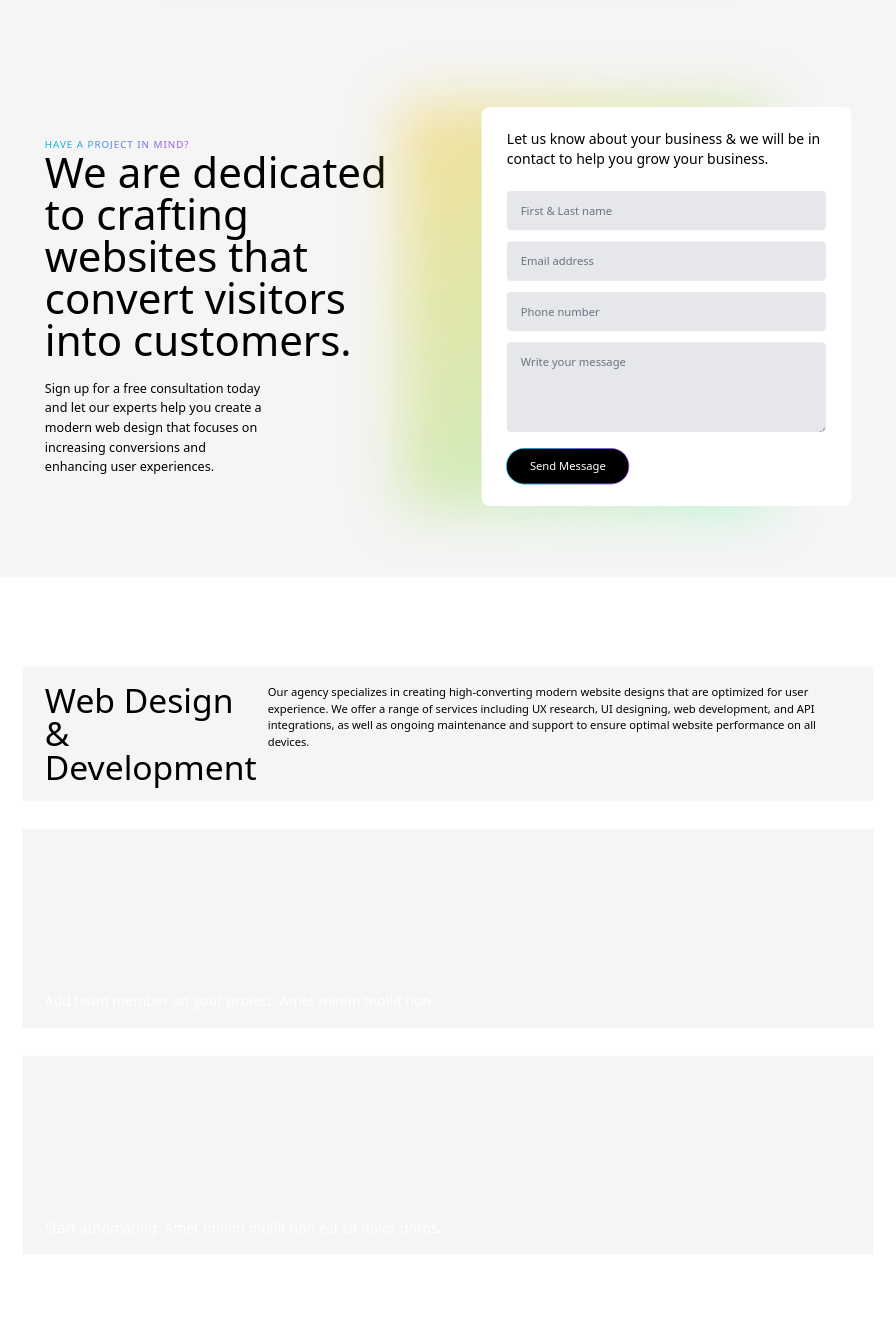
Repository: ornelasedward/mired_website
Page: /
An editor plug-in stored every save of this project. The page is shown before and after the next save, followed by the edit.
The browser window is 1280 px wide. The pictures show the part of the page from y = 1210 to 3130 px (the page is 3130 px tall before and 3122 px after), at 70% of full size.
The project was rebuilt for these pictures with package versions that can differ from the ones it lists, and the page was loaded fresh each time. The framework's server and built-in components were replaced by stand-ins that run in the browser. Also part of the build but not shown: next.config.js.

Above is the page before, as saved 2023-03-28 19:54:25.

### app/layout.tsx
import "./globals.css";

export const metadata = {
  title: "Mired",
  description: "Web design and development services",
};

export default function RootLayout({
  children,
}: {
  children: React.ReactNode;
}) {
  return (
    <html lang="en" className="bg-[#F5F5F5]">
      <body>{children}</body>
    </html>
  );
}

### app/page.tsx
import Header from "@/components/Header";
import Hero from "@/components/Hero";
import Services from "@/components/Services";
import CTA from "@/components/CTA";
import { Inter } from "next/font/google";
import Testimonial from "@/components/Testimonials";
import FAQ from "@/components/FAQ";
import Contact from "@/components/Contact";
import Footer from "@/components/Footer";

const inter = Inter({ subsets: ["latin"] });

export default function Home() {
  return (
    <main>
      <Hero />
      <Header />
      <Services />
      {/*  <CTA />
      <Testimonial />
      <FAQ />
      <Contact />
      <Footer /> */}
    </main>
  );
}

### components/Header.tsx
export default function Header() {
  return (
    <section className="py-12 overflow-hidden sm:py-16 lg:py-20 xl:py-24">
      <div className="px-4 mx-auto max-w-7xl sm:px-6 lg:px-8">
        <div className="grid max-w-6xl grid-cols-1 mx-auto gap-y-12 lg:grid-cols-2 lg:gap-x-16 xl:gap-x-24">
          <div className="relative flex flex-col justify-between max-w-lg lg:py-12 lg:max-w-none">
            <div className="flex-1">
              <p className="text-sm font-normal tracking-widest uppercase">
                <span className="text-transparent bg-clip-text bg-gradient-to-r from-cyan-500 to-purple-500">
                  {" "}
                  Have a project in mind?{" "}
                </span>
              </p>
            </div>

            <div className="mt-6 lg:mt-auto">
              <h2 className="text-3xl font-normal text-black sm:text-4xl lg:text-5xl xl:text-6xl">
                We are dedicated to crafting websites that convert visitors into
                customers.
              </h2>
              <p className="mt-4 text-base font-normal text-black lg:max-w-xs sm:text-lg sm:mt-6">
                Sign up for a free consultation today and let our experts help
                you create a modern web design that focuses on increasing
                conversions and enhancing user experiences.
              </p>
            </div>
          </div>

          <div className="relative flex items-center justify-center">
            <div className="absolute right-1/4 transform translate-x-4 -translate-y-1/2 top-1/2 bg-gradient-to-br from-[#F7BE08] to-[#55F5A3] w-full h-full blur-2xl opacity-40" />

            <div className="relative overflow-hidden bg-white rounded-xl">
              <div className="p-6 sm:py-8 sm:px-9">
                <p className="text-xl font-normal text-black">
                  Let us know about your business & we will be in contact to
                  help you grow your business.
                </p>

                <form action="#" method="POST" className="mt-8 space-y-4">
                  <div>
                    <label for="" className="sr-only">
                      {" "}
                      Full name{" "}
                    </label>
                    <div>
                      <input
                        type="text"
                        name=""
                        id=""
                        placeholder="First & Last name"
                        className="block w-full px-5 py-4 text-base text-black placeholder-gray-500 bg-gray-200 rounded-md focus:border-black focus:ring-1 focus:ring-black"
                      />
                    </div>
                  </div>

                  <div>
                    <label for="" className="sr-only">
                      {" "}
                      Email address{" "}
                    </label>
                    <div>
                      <input
                        type="email"
                        name=""
                        id=""
                        placeholder="Email address"
                        className="block w-full px-5 py-4 text-base text-black placeholder-gray-500 bg-gray-200 rounded-md focus:border-black focus:ring-1 focus:ring-black"
                      />
                    </div>
                  </div>

                  <div>
                    <label for="" className="sr-only">
                      {" "}
                      Phone number{" "}
                    </label>
                    <div>
                      <input
                        type="tel"
                        name=""
                        id=""
                        placeholder="Phone number"
                        className="block w-full px-5 py-4 text-base text-black placeholder-gray-500 bg-gray-200 rounded-md focus:border-black focus:ring-1 focus:ring-black"
                      />
                    </div>
                  </div>

                  <div>
                    <label for="" className="sr-only">
                      {" "}
                      Message{" "}
                    </label>
                    <div>
                      <textarea
                        name=""
                        id=""
                        placeholder="Write your message"
                        rows="4"
                        className="block w-full px-5 py-4 text-base text-black placeholder-gray-500 bg-gray-200 rounded-md focus:border-black focus:ring-1 focus:ring-black"
                      ></textarea>
                    </div>
                  </div>

                  <div>
                    <div className="relative inline-flex mt-2 group">
                      <div className="absolute transition-all duration-200 rounded-[2rem] -inset-px bg-gradient-to-r from-cyan-500 to-purple-500 group-hover:shadow-lg group-hover:shadow-cyan-500/50"></div>
                      <button
                        type="button"
                        className="relative inline-flex items-center justify-center px-8 py-3 text-base font-normal text-white bg-black border border-transparent rounded-[2rem]"
                        role="button"
                      >
                        Send Message
                      </button>
                    </div>
                  </div>
                </form>
              </div>
            </div>
          </div>
        </div>
      </div>
    </section>
  );
}

### components/Hero.tsx
import Image from "next/image";
import Link from "next/link";
import header from "../images/header.png";
import Logo from "../images/Logo.png";

export default function Hero() {
  return (
    <div className="overflow-x-hidden">
      <header className="py-4 md:py-6" x-data="{expanded: false}">
        <div className="container px-4 mx-auto sm:px-6 lg:px-8">
          <div className="flex items-center justify-between">
            <div className="flex-shrink-0">
              <Link
                href="#"
                title=""
                className="flex rounded outline-none focus:ring-1 focus:ring-gray-900 focus:ring-offset-2"
              >
                <Image
                  className="w-auto h-9"
                  src={Logo}
                  alt=""
                  width={100}
                  height={100}
                />
              </Link>
            </div>

            <div className="flex lg:hidden">
              <button type="button" className="text-gray-900">
                <span x-show="!expanded" aria-hidden="true">
                  <svg
                    className="w-7 h-7"
                    xmlns="http://www.w3.org/2000/svg"
                    fill="none"
                    viewBox="0 0 24 24"
                    stroke="currentColor"
                  >
                    <path
                      stroke-linecap="round"
                      stroke-linejoin="round"
                      stroke-width="1.5"
                      d="M4 6h16M4 12h16M4 18h16"
                    />
                  </svg>
                </span>

                <span x-show="expanded" aria-hidden="true">
                  <svg
                    className="w-7 h-7"
                    xmlns="http://www.w3.org/2000/svg"
                    fill="none"
                    viewBox="0 0 24 24"
                    stroke="currentColor"
                  >
                    <path
                      stroke-linecap="round"
                      stroke-linejoin="round"
                      stroke-width="2"
                      d="M6 18L18 6M6 6l12 12"
                    />
                  </svg>
                </span>
              </button>
            </div>

            <div className="hidden lg:flex lg:ml-16 lg:items-center lg:justify-center lg:space-x-10 xl:space-x-12">
              <Link
                href="#"
                title=""
                className="text-base font-medium text-gray-900 transition-all duration-200 rounded focus:outline-none font-pj hover:text-opacity-50 focus:ring-1 focus:ring-gray-900 focus:ring-offset-2 p-2"
              >
                Home
              </Link>

              <Link
                href="#"
                title=""
                className="text-base font-medium text-gray-900 transition-all duration-200 rounded focus:outline-none font-pj hover:text-opacity-50 focus:ring-1 focus:ring-gray-900 focus:ring-offset-2 p-2"
              >
                About
              </Link>

              <Link
                href="#"
                title=""
                className="text-base font-medium text-gray-900 transition-all duration-200 rounded focus:outline-none font-pj hover:text-opacity-50 focus:ring-1 focus:ring-gray-900 focus:ring-offset-2 p-2"
              >
                Services
              </Link>
              <Link
                href="#"
                title=""
                className="text-base font-medium text-gray-900 transition-all duration-200 rounded focus:outline-none font-pj hover:text-opacity-50 focus:ring-1 focus:ring-gray-900 focus:ring-offset-2 p-2"
              >
                Our work
              </Link>
              <Link
                href="#"
                title=""
                className="text-base font-medium text-gray-900 transition-all duration-200 rounded focus:outline-none font-pj hover:text-opacity-50 focus:ring-1 focus:ring-gray-900 focus:ring-offset-2 p-2"
              >
                FAQ
              </Link>
            </div>

            <div className="hidden lg:ml-auto lg:flex lg:items-center lg:space-x-10">
              <Link href="/" title="">
                <button
                  className="inline-flex items-center justify-center px-6 py-3 text-base font-normal leading-7 text-black transition-all duration-200 bg-transparent border-[2px] border-black rounded-[2rem] font-inter cursor-pointer focus:outline-none focus:ring-2 focus:ring-offset-2 focus:ring-gray-900 hover:bg-gray-900 focus:bg-gray-900 hover:text-white focus:text-white hover:border-gray-900 focus:border-gray-900"
                  role="button"
                >
                  <h1>Work with us</h1>
                  <svg
                    xmlns="http://www.w3.org/2000/svg"
                    fill="none"
                    viewBox="0 0 24 24"
                    stroke-width="1.5"
                    stroke="currentColor"
                    className="w-auto h-8 items-center pt-1 pl-2"
                  >
                    <path
                      stroke-linecap="round"
                      stroke-linejoin="round"
                      d="M17.25 8.25L21 12m0 0l-3.75 3.75M21 12H3"
                    />
                  </svg>
                </button>
              </Link>
            </div>
          </div>

          {/* <nav x-show="expanded" x-collapse>
            <div className="px-1 py-8">
              <div className="grid gap-y-7">
                <Link
                  href="#"
                  title=""
                  className="flex items-center p-3 -m-3 text-base font-medium text-gray-900 transition-all duration-200 rounded-xl hover:bg-gray-50 focus:outline-none font-pj focus:ring-1 focus:ring-gray-900 focus:ring-offset-2"
                >
                  {" "}
                  Features{" "}
                </Link>

                <Link
                  href="#"
                  title=""
                  className="flex items-center p-3 -m-3 text-base font-medium text-gray-900 transition-all duration-200 rounded-xl hover:bg-gray-50 focus:outline-none font-pj focus:ring-1 focus:ring-gray-900 focus:ring-offset-2"
                >
                  {" "}
                  Pricing{" "}
                </Link>

                <Link
                  href="#"
                  title=""
                  className="flex items-center p-3 -m-3 text-base font-medium text-gray-900 transition-all duration-200 rounded-xl hover:bg-gray-50 focus:outline-none font-pj focus:ring-1 focus:ring-gray-900 focus:ring-offset-2"
                >
                  {" "}
                  Automation{" "}
                </Link>

                <Link
                  href="#"
                  title=""
                  className="flex items-center p-3 -m-3 text-base font-medium text-gray-900 transition-all duration-200 rounded-xl hover:bg-gray-50 focus:outline-none font-pj focus:ring-1 focus:ring-gray-900 focus:ring-offset-2"
                >
                  {" "}
                  Customer Login{" "}
                </Link>

                <Link
                  href="#"
                  title=""
                  className="inline-flex items-center justify-center px-6 py-3 text-base font-bold leading-7 text-white transition-all duration-200 bg-gray-900 border border-transparent rounded-xl hover:bg-gray-600 font-pj focus:outline-none focus:ring-2 focus:ring-offset-2 focus:ring-gray-900"
                  role="button"
                >
                  Sign up
                </Link>
              </div>
            </div>
          </nav> */}
        </div>
      </header>

      <section className="pt-12 sm:pt-16">
        <div className="px-4 mx-auto max-w-7xl sm:px-6 lg:px-8">
          <div className="max-w-4xl mx-auto text-center">
            <div className="flex flex-col gap-4">
              <h1 className="mt-5 text-4xl font-light leading-tight text-gray-900 sm:leading-tight sm:text-5xl lg:text-6xl lg:leading-tight font-pj">
                Boost your online success with our data-driven
                <span className="relative inline-flex sm:inline">
                  {/* <span className="bg-gradient-to-r from-[#44BCFF] via-[#FF44EC] to-[#FF675E] blur-lg filter opacity-30 w-full h-full absolute inset-0"></span> */}
                  <span className="relative"> solutions </span>
                </span>
              </h1>
              <p className="px-6 text-lg text-gray-600 font-inter">
                Get the website you&apos;ve always wanted and the conversions{" "}
                you deserve with our
                <br /> full-service agency.
              </p>
            </div>
            <div className="px-8 sm:items-center sm:justify-center sm:px-0 sm:space-x-5 sm:flex mt-9">
              <Link
                href="#"
                title=""
                className="inline-flex items-center justify-center w-full px-8 py-3 text-lg font-bold text-black transition-all duration-200 bg-[#F8D44C] border-2 border-transparent sm:w-auto rounded-[2rem] font-pj hover:bg-gray-600 hover:text-white focus:bg-gray-600 focus:text-white focus:outline-none focus:ring-2 focus:ring-offset-2 focus:ring-gray-900"
                role="button"
              >
                Book a consultation
              </Link>

              <Link
                href="#"
                title=""
                className="inline-flex items-center justify-center w-full px-6 py-3 mt-4 text-lg font-bold text-black transition-all duration-200 border-2 border-black sm:w-auto sm:mt-0 rounded-[2rem] font-pj focus:outline-none focus:ring-2 focus:ring-offset-2 focus:ring-gray-900 hover:bg-gray-900 focus:bg-gray-900 hover:text-white focus:text-white hover:border-gray-900 focus:border-gray-900"
                role="button"
              >
                Take our quiz
                <svg
                  className="w-5 h-5 mr-2 pt-1"
                  viewBox="0 0 18 18"
                  fill="none"
                  stroke="currentColor"
                  xmlns="http://www.w3.org/2000/svg"
                >
                  <path
                    d="M8.18003 13.4261C6.8586 14.3918 5 13.448 5 11.8113V5.43865C5 3.80198 6.8586 2.85821 8.18003 3.82387L12.5403 7.01022C13.6336 7.80916 13.6336 9.44084 12.5403 10.2398L8.18003 13.4261Z"
                    stroke-width="2"
                    stroke-miterlimit="10"
                    stroke-linecap="round"
                    stroke-linejoin="round"
                  />
                </svg>
              </Link>
            </div>
          </div>
        </div>
        <div className="absolute bottom-1/2 left-1/4 w-2/3 h-full rounded-full bg-[#55F5A3] opacity-80 blur-3xl filter -z-10" />
        <div className="absolute bottom-1/4 right-0 w-1/4 h-full rounded-full bg-[#F1CB00] opacity-50 blur-3xl filter -z-10" />
        <div className="py-12">
          <div className="">
            <Image
              className="m-auto"
              src={header}
              alt=""
              width={900}
              height={900}
            />
          </div>
        </div>
      </section>
    </div>
  );
}

### components/Services.tsx
import Image from "next/image";

export default function Services() {
  return (
    <div className="bg-white">
      <div className="relative px-4 mx-auto sm:px-6 lg:px-8 max-w-7xl">
        <div className="grid grid-cols-1 gap-10 py-32">
          <div className="bg-[#F5F5F5]">
            <div className="p-6 sm:px-8 flex flex-row gap-4">
              <h1 className="text-5xl font-normal text-black">
                Web Design & Development
              </h1>
              <p className="text-md">
                Our agency specializes in creating high-converting modern
                website designs that are optimized for user experience. We offer
                a range of services including UX research, UI designing, web
                development, and API integrations, as well as ongoing
                maintenance and support to ensure optimal website performance on
                all devices.
              </p>
            </div>
          </div>

          <div className="bg-[#F5F5F5]">
            <div className="p-6 sm:px-8">
              <p className="mt-12 text-xl font-normal text-white lg:mt-32 xl:mt-52">
                Add team member on your project. Amet minim mollit non.
              </p>
            </div>
          </div>

          <div className="bg-[#F5F5F5]">
            <div className="p-6 sm:px-8">
              <p className="mt-12 text-xl font-normal text-white lg:mt-32 xl:mt-52">
                Start automating. Amet minim mollit non est sit dolor doros.
              </p>
            </div>
          </div>
        </div>
      </div>
    </div>
  );
}

Loaded but not shown: app/globals.css (common file); tailwind.config.js (common file)

After the next save:
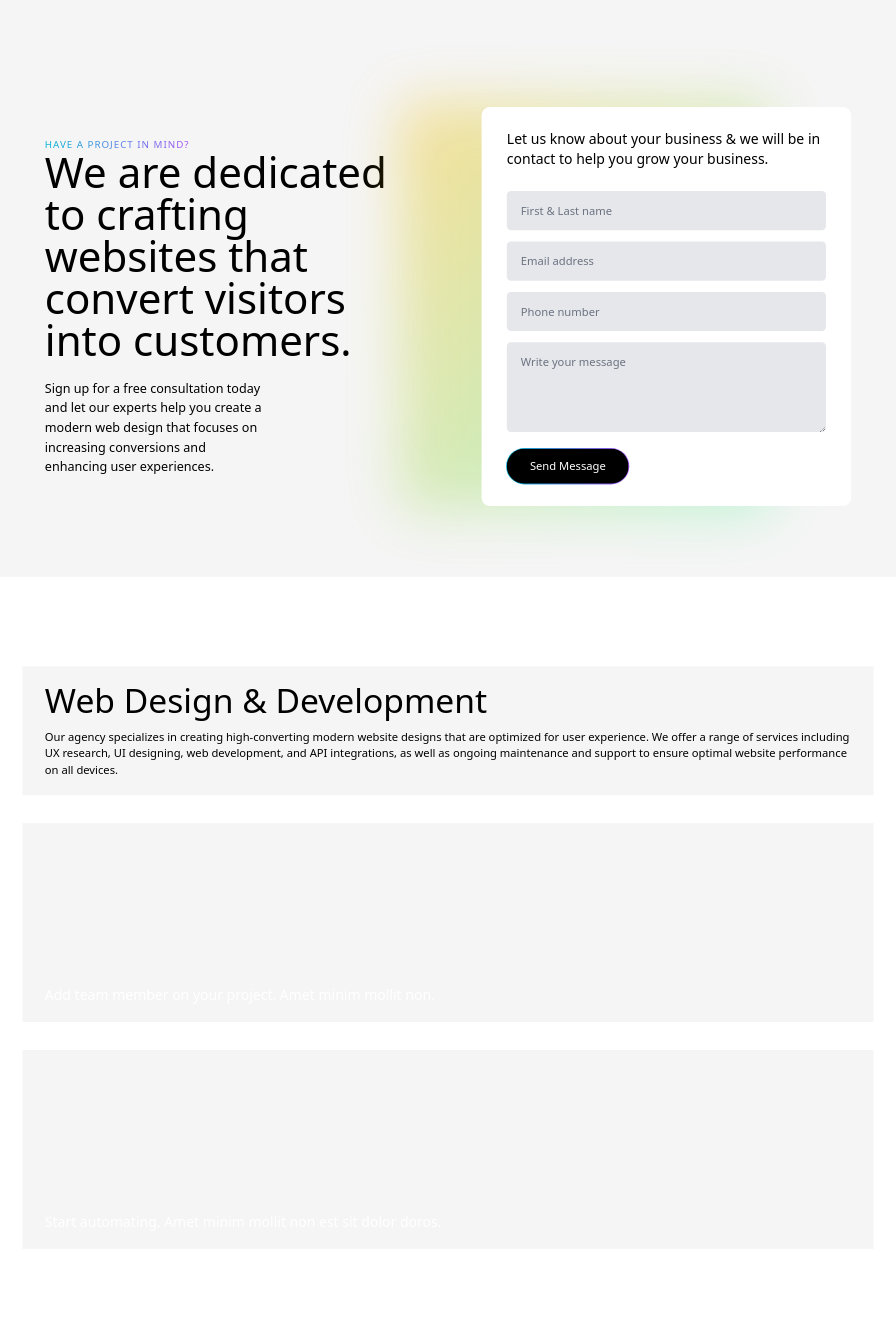
Saved 5 s later.
--- a/components/Services.tsx
+++ b/components/Services.tsx
@@ -6,7 +6,7 @@
       <div className="relative px-4 mx-auto sm:px-6 lg:px-8 max-w-7xl">
         <div className="grid grid-cols-1 gap-10 py-32">
           <div className="bg-[#F5F5F5]">
-            <div className="p-6 sm:px-8 flex flex-row gap-4">
+            <div className="p-6 sm:px-8 flex flex-col gap-4">
               <h1 className="text-5xl font-normal text-black">
                 Web Design & Development
               </h1>
